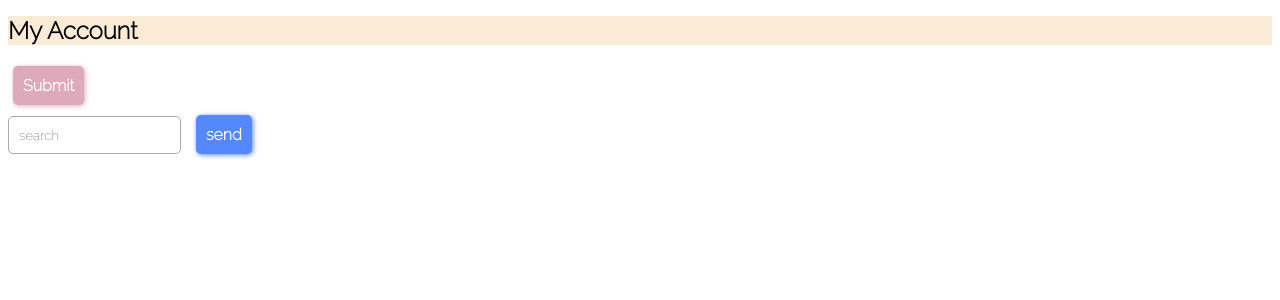
Repository: semileeBCIT/MDIA2109Tut4
Page: /Account
The author's editor kept a copy of each file at every save. The page is drawn from the files as they stood at one save, then again after the next save.
The browser window is 1280 px wide. The pictures show the whole page.
The project was rebuilt for these pictures with package versions that can differ from the ones it lists, and the page was loaded fresh each time. The framework's server and built-in components were replaced by stand-ins that run in the browser. Also part of the build but not shown: next.config.js.

Above is the page before, as saved 2020-04-15 22:27:24.

### pages/_app.js
// import App from 'next/app'
import './app.css';

function MyApp({ Component, pageProps }) {
    return <Component {...pageProps} />
  }

  // Only uncomment this method if you have blocking data requirements for
  // every single page in your application. This disables the ability to
  // perform automatic static optimization, causing every page in your app to
  // be server-side rendered.
  //
  // MyApp.getInitialProps = async (appContext) => {
  //   // calls page's `getInitialProps` and fills `appProps.pageProps`
  //   const appProps = await App.getInitialProps(appContext);
  //
  //   return { ...appProps }
  // }

  export default MyApp

### pages/_document.js
import Document, { Html, Head, Main, NextScript } from 'next/document';

class MyDocument extends Document {
  static async getInitialProps(ctx) {
    const initialProps = await Document.getInitialProps(ctx)
    return { ...initialProps }
  }

  render() {
    return (
      <Html>
        <Head />
        <body>
          <link href="https://fonts.googleapis.com/css2?family=Raleway:wght@200&display=swap" rel="stylesheet"></link>
          <Main />
          <NextScript />
        </body>
      </Html>
    )
  }
}

export default MyDocument

### pages/Account/index.js
import {useEffect} from 'react';
import './account.css';
import CustomButton from '../../comps/CustomButton';
import Header from '../../comps/Header';
import Input from '../../comps/Input';

const Account = () => {
    useEffect(()=>{
        setTimeout(()=>{
            document.querySelector("#account").style.left = 0;
        }, 50)

    }, []);

    return <div id="account">
    <Header text="My Account" fontSize={24}/>
    <CustomButton text='Submit' />
    <Input placeholder="search" text='Submit'/>
</div>
}

export default Account;

### pages/app.css
*{
    font-family: 'Raleway', sans-serif;
}

### pages/Account/account.css
#account {
    position: relative;
    left:-100%;
    transition: left 1s;
}

### comps/CustomButton/index.js
import React, {useState, useEffect} from 'react';
import './cb.css';


//Made the UI
const CustomButton = ({text, color, onClick}) => <div
    style={{backgroundColor:color, boxShadow:"1px 1px 5px " + color}}
    className="custom_button_box"
    onClick={onClick}
    >
    <div className="custom_button_box_inner">
        {text}
    </div>
</div>

CustomButton.defaultProps = {
    text:"Default Button",
    color:"#DAB",
    onClick:ButtonClick
}

export default CustomButton;

function ButtonClick(){
    // alert("Clicked");
    //document.query...style.width = "100px";
}

### comps/Header/index.js
//use the same component to change the fontSize
//change the text color of the header
//change the onMouseOver

import React from 'react';
import './header.css';

const Header = ({text,fontSize, color}) => <div
    style={{color:color, fontSize:fontSize }}
    className='header'
    >
    <h1 style={{fontSize:fontSize}}>{text}</h1>
</div>

function MouseOver(){
    alert("mouse is over");
}

Header.defaultProps = {
    fontSize:12,
    color:"#000",
    onMouseOver:MouseOver,
    text:"Header"
}

export default Header;

### comps/Input/index.js
import React, {useState} from 'react';
import './input.css';
import CustomButton from '../CustomButton';

const Input = ({placeholder, onClick}) => {
  const [val, setVal] = useState("");

  return <div className="input_cont">
    <input onChange={(e)=>{
      setVal(e.target.value)
     }} type='text' placeholder={placeholder} />
    <CustomButton onClick={()=>{
     // alert(val);
      onClick(val);
    }} text="send" color="#58F"/>
  </div>;
}

Input.defaultProps = {
    placeholder:"Type your chat here!",
    onClick:()=>{}
}

export default Input;

### comps/CustomButton/cb.css
.custom_button_box {
    display: inline-flex;
    border-radius: 5px;
    padding: 10px;
    font-weight: bolder;
    color:#fff;
    cursor: pointer;
    box-shadow:1px 1px 5px #dab;
    margin:5px;
}

.custom_button_box:active{
    background-color:#999;
}

.custom_button_box_inner::selection {
    background:none;
    color:none;
}

### comps/Header/header.css
.header{
    background-color: antiquewhite;
    font-size: 16px;
}

### comps/Input/input.css
.input_cont input {
    padding:10px;
    border-radius: 5px;
    border:#AAA solid 1px;
    margin-right: 10px;
}

After the next save:
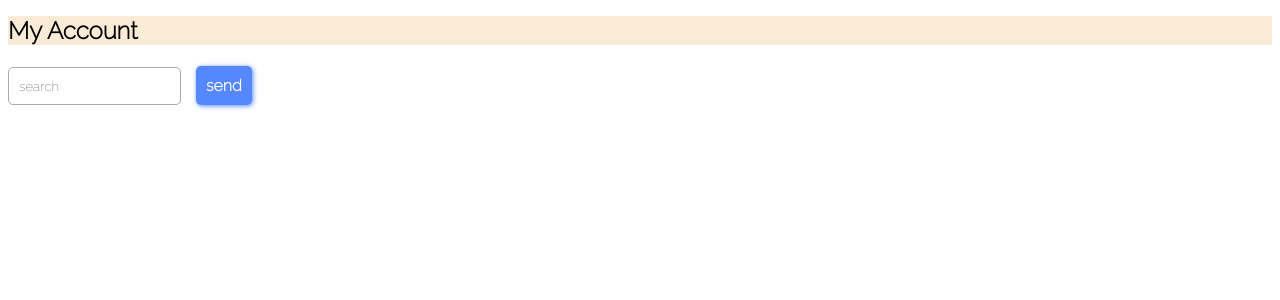
Saved 105 s later.
--- a/pages/Account/index.js
+++ b/pages/Account/index.js
@@ -1,6 +1,5 @@
 import {useEffect} from 'react';
 import './account.css';
-import CustomButton from '../../comps/CustomButton';
 import Header from '../../comps/Header';
 import Input from '../../comps/Input';
 
@@ -14,7 +13,6 @@ const Account = () => {
 
     return <div id="account">
     <Header text="My Account" fontSize={24}/>
-    <CustomButton text='Submit' />
     <Input placeholder="search" text='Submit'/>
 </div>
 }
